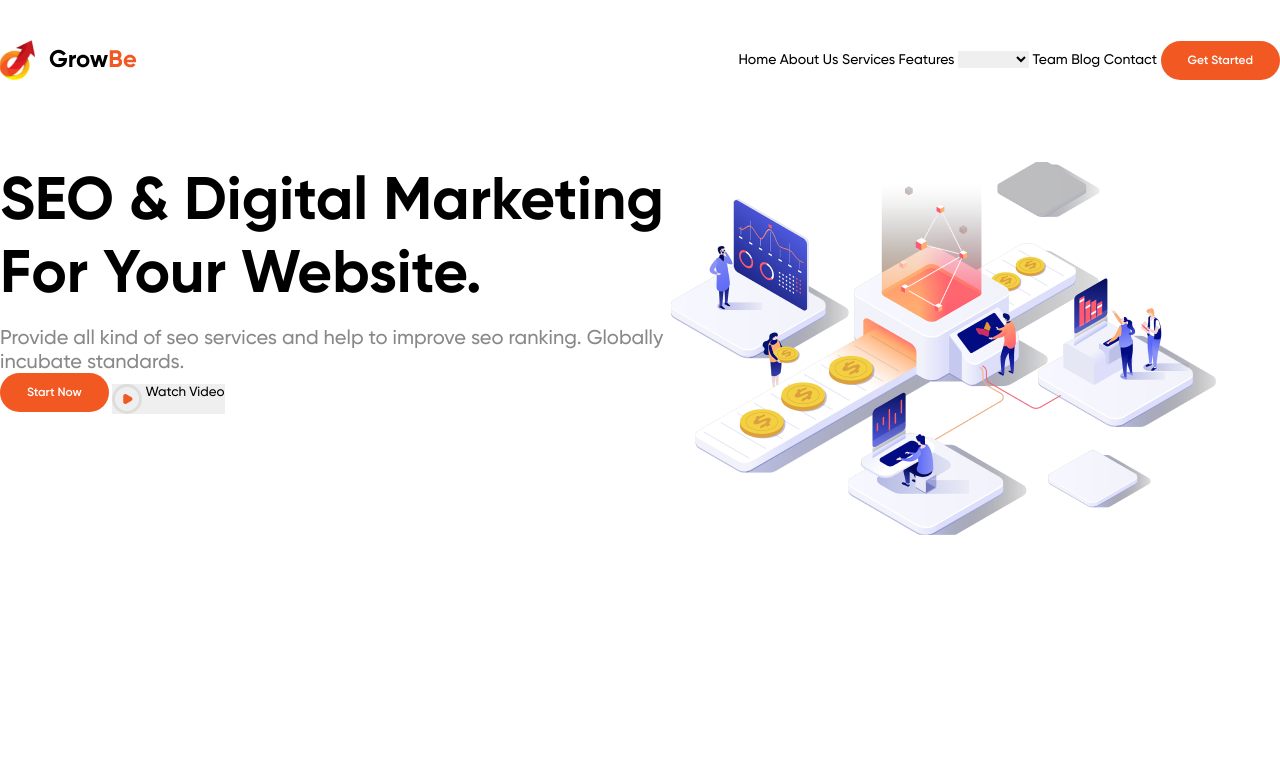
Repository: Alekseiy1980/GrowBe
Page: index.html
The author's editor kept a copy of each file at every save. The page is drawn from the files as they stood at one save, then again after the next save.
The browser window is 1280 px wide. The pictures show the whole page.

Above is the page before, as saved 2024-01-20 13:14:13.

### index.html
<!DOCTYPE html>
<html lang="en">
<head>
    <meta charset="UTF-8">
    <meta name="viewport" content="width=device-width, initial-scale=1.0">

    <link rel="stylesheet" href="css/reset.css">
    <link rel="stylesheet" href="css/style.css">
    <title>GrowBe</title>
</head>
<body>
    <header>
        <div class="menu_bar">
            <div class="logo">
                <a class="logo-link" href="#">
                    <img src="/img/Logo.svg"  />
                </a>
            </div>
            <nav>
                <a class="menu menu_activ" href="@">Home</a>
                <a class="menu" href="@"> About Us</a>
                <a class="menu" href="@">Services</a>
                <label class="menu menu_label" for="pet-select">Features</label>
                    <select name="pets" id="pet-select">
                    <option value=""></option>
                    <option value="dog">Dog</option>
                    <option value="cat">Cat</option>
                    <option value="hamster">Hamster</option>
                    <option value="parrot">Parrot</option>
                    <option value="spider">Spider</option>
                    <option value="goldfish">Goldfish</option>
                    </select>

                <a class="menu" href="@">Team</a>
                <a class="menu" href="@">Blog</a>
                <a class="menu" href="@">Contact</a>
                <button class="btn_menu" type="button">Get Started</button>
            </nav>
        </div>


        <div class="home_meta">
            <div class="nome_content">
                <div class="home_title">
                    <h1>SEO & Digital <span>Marketing</span>  For Your Website.</>
                </div>
            <div class="sub_title">
                <p>Provide all kind of seo services and help to improve seo ranking. Globally incubate standards.</p>
            </div>
            <div class="btn_meta">
                <button class="btn_menu" type="button">Start Now</button>
                <button class="btn_video" type="button">
                        <img
                            src="img/play.svg"
                            alt="play"
                            />
                    Watch Video</button>
            </div>
            </div>
            <div class="home_img">
                <img src="img/home_Image.png" alt="">
            </div>
        </div>
    </header>
</body>
</html>

### css/reset.css

* {
    padding: 0;
    margin: 0;
    border: 0;
}

*,
*::before,
*::after {
    -moz-box-sizing: border-box;
    -webkit-box-sizing: border-box;
    box-sizing: border-box;
}

:focus,
:active {
    outline: none;
}

a:focus,
a:active {
    outline: none;
}

nav,
footer,
header,
aside {
    display: block;
}

html,
body {
    height: 100%;
    width: 100%;
    font-size: 100%;
    line-height: 1;
    font-size: 14px;
    -ms-text-size-adjust: 100%;
    -moz-text-size-adjust: 100%;
    -webkit-text-size-adjust: 100%;
}

input,
button,
textarea {
    font-family: inherit;
}

input::-ms-clear {
    display: none;
}

button {
    cursor: pointer;
}

button::-moz-focus-inner {
    padding: 0;
    border: 0;
}

a,
a:visited {
    text-decoration: none;
}

a:hover {
    text-decoration: none;
}

ul li {
    list-style: none;
}

img {
    vertical-align: top;
}

h1,
h2,
h3,
h4,
h5,
h6 {
    font-size: inherit;
    font-weight: 400;
}

### css/style.css
@font-face {
	font-family: 'Gilroy-Bold';
	src: url(/fonts/Gilroy-Bold.ttf);
}


@font-face {
	font-family: 'Gilroy-Medium';
	src: url(/fonts/Gilroy-Medium.ttf);
}
@font-face{
    font-family: 'Gilroy_Regular';
    src: url(/fonts/Gilroy-Regular.ttf);
}

@font-face{
    font-family: 'Gilroy-SemiBold';
    src: url(/fonts/Gilroy-SemiBold.ttf);
}
body{
    font-family: Gilroy-Medium;
    font-size: 14px;
    font-style: normal;
    font-weight: 400;
    line-height: normal;
}

header {
    max-width: 1920px;
    margin: 0 auto;
}
.menu_bar{
    display: flex;
    justify-content: space-between;
    align-items: center;
    margin-top: 40px;
    height: 40px;
}

.logo{
    width: 137px;
    height: 40px;
}

.menu{
    color: #000;
    padding-top: 11px;
    padding-bottom: 12px;

}

.menu:hover{
    color: #F25822;
    font-family: Gilroy-SemiBold;
}

.btn_menu{
    color: #FFF;
    font-family: Gilroy-SemiBold;
    font-size: 12px;
    border-radius: 30px;
    background: #F25822;
    padding:12px 27px 13px;
}

.btn_menu:hover{
    background: #f84504;
}


.home_meta{
    margin-top: 82px;
    display: flex;
}

.home_cintent{
    justify-content: center;
}

.home_title{
    color: #000;
    font-family: Gilroy-Bold;
    font-size: 60px;
    margin-bottom: 17px;
}

.sub_title{
    color: #888;
    font-size: 20px;

}

.home_ing{
    width: 544px;
}

After the next save:
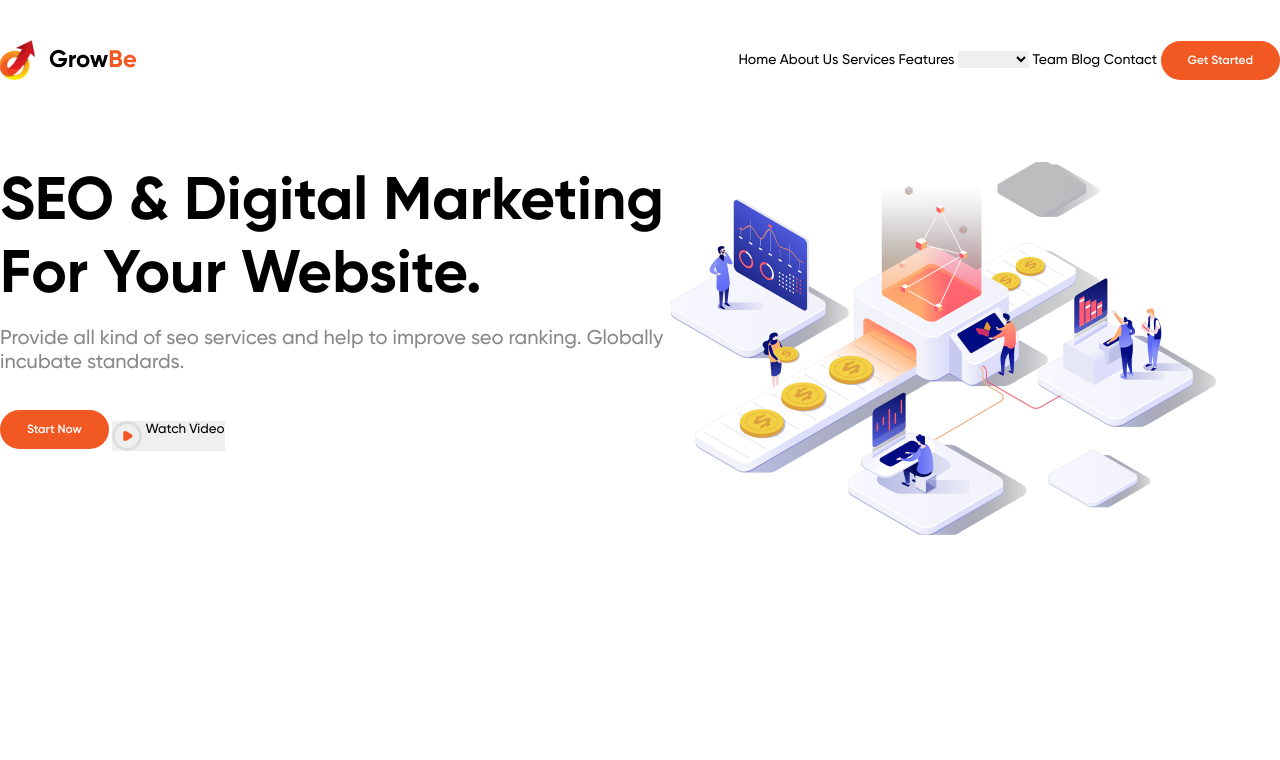
Saved 54 s later.
--- a/css/style.css
+++ b/css/style.css
@@ -87,7 +87,7 @@ header {
 .sub_title{
     color: #888;
     font-size: 20px;
-
+    margin-bottom: 37px;
 }
 
 .home_ing{
